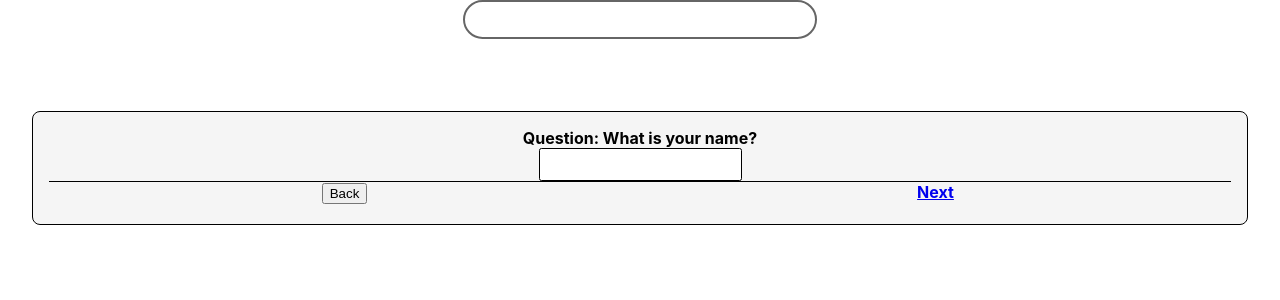
Repository: TheRungtaLibrary/survey
Page: /
These files come from the project's save history. The page is drawn as it stood at one moment and after the next save; the edit follows.
The browser window is 1280 px wide. The pictures show the whole page.
The project was rebuilt for these pictures with package versions that can differ from the ones it lists, and the page was loaded fresh each time. Also part of the build but not shown: src/App.css, src/components/Steps/Step2/Step2.js, src/components/Steps/Step3/Step3.js, src/components/Steps/Summary/Summary.scss, src/components/Steps/Summary/Summary.js.

Above is the page before, as saved 2020-03-17 15:52:03.

After the next save:
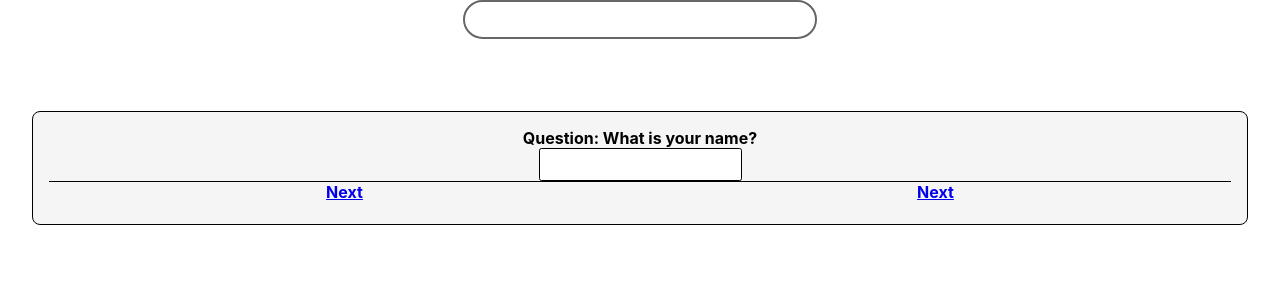
Saved 40 h 59 min later.
--- a/src/components/Steps/Step1/Step1.js
+++ b/src/components/Steps/Step1/Step1.js
@@ -27,7 +27,7 @@ const Step1 = () => {
         <input type="text" onChange={e => {setName(e.target.value)}} required/>
         <div className="nav-footer">
           <div>
-            <button>Back</button>
+          <Link to="/steps/" onClick={onSubmit}>Next</Link>
           </div>
           <div>
             <Link to="/steps/2" onClick={onSubmit}>Next</Link>
